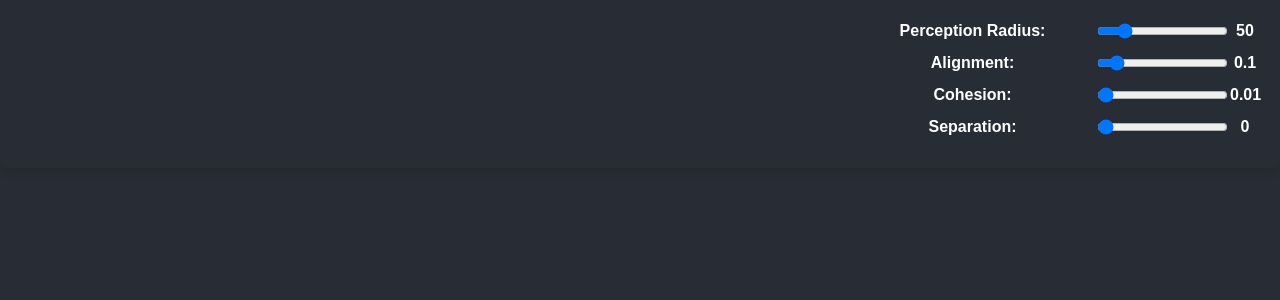
Repository: eltonsampaio12/boids
Page: index.html
An editor plug-in stored every save of this project. The page is shown before and after the next save, followed by the edit.
The browser window is 1280 px wide. The pictures show the whole page.

Above is the page before, as saved 2024-02-01 00:20:41.
Not found: main.ts

### index.html
<!DOCTYPE html>
<html lang="en">
  <head>
    <meta charset="utf-8" />
    <title>My first three.js app</title>
    <style>
      body {
        margin: 0;
        background-color: #282c34;
        color: white;
        font-family: "Arial", sans-serif;
      }

      .container {
        padding: 20px;
        border-radius: 8px;
        box-shadow: 0 4px 8px rgba(0, 0, 0, 0.1);
        text-align: center;
        display: flex;
        flex-direction: column;
        align-items: end;
      }

      .parameterParent {
        width: 400px;
        display: flex;
        align-items: center;
        margin-bottom: 10px;
      }

      label {
        margin-right: 10px;
        font-weight: bold;
        flex: 1;
      }

      input {
        border: 1px solid #ccc;
        border-radius: 4px;
        outline: none;
      }

      span {
        font-weight: bold;
        width: 30px;
      }
    </style>
  </head>
  <body>
    <script type="module" src="/main.ts"></script>

    <div class="container">
      <div class="parameterParent">
        <label for="perceptionRadiusSlider">Perception Radius:</label>
        <input
          type="range"
          id="perceptionRadiusSlider"
          min="0"
          max="300"
          value="50"
          step="1"
        />
        <span id="perceptionRadiusValue">50</span>
      </div>

      <div class="parameterParent">
        <label for="alignmentSlider">Alignment:</label>
        <input
          type="range"
          id="alignmentSlider"
          min="0"
          max="1"
          value="0.1"
          step="0.1"
        />
        <span id="alignmentValue">0.1</span>
      </div>

      <div class="parameterParent">
        <label for="cohesionSlider">Cohesion:</label>
        <input
          type="range"
          id="cohesionSlider"
          min="0"
          max="1"
          value="0.01"
          step="0.1"
        />
        <span id="cohesionValue">0.01</span>
      </div>

      <div class="parameterParent">
        <label for="separationSlider">Separation:</label>
        <input
          type="range"
          id="separationSlider"
          min="0"
          max="100"
          value="0"
          step="0.1"
        />
        <span id="separationValue">0</span>
      </div>
    </div>
  </body>
</html>

After the next save:
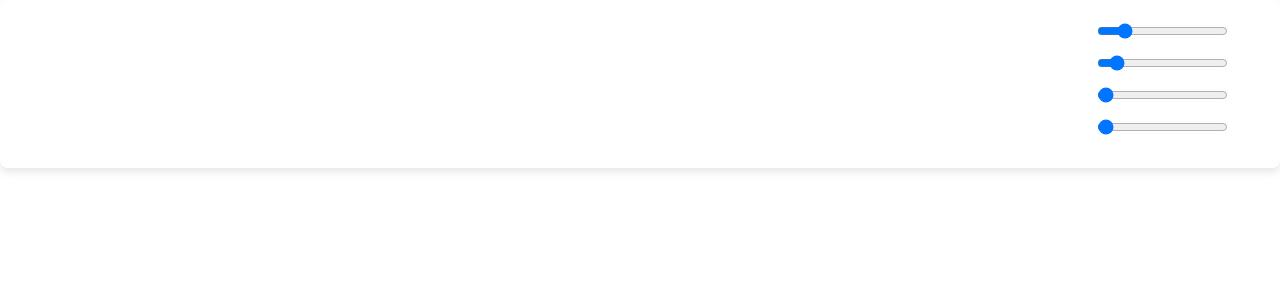
Saved 8 s later.
--- a/index.html
+++ b/index.html
@@ -6,7 +6,6 @@
     <style>
       body {
         margin: 0;
-        background-color: #282c34;
         color: white;
         font-family: "Arial", sans-serif;
       }
